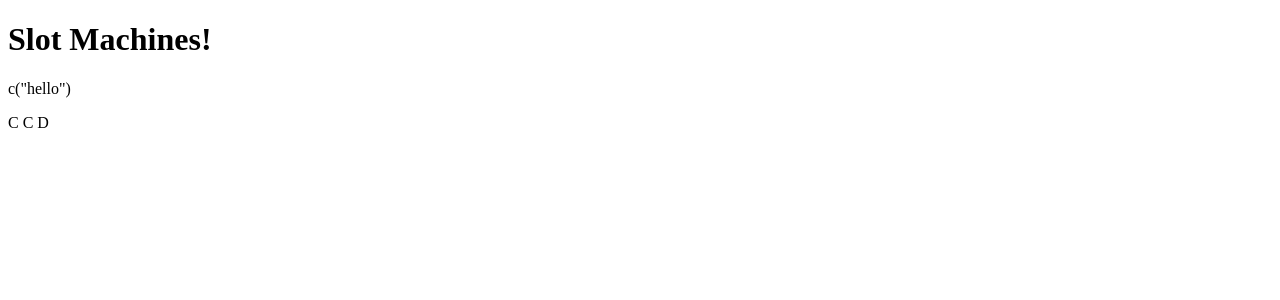
Repository: randy918/colt-react
Page: index.html
An editor plug-in stored every save of this project. The page is shown before and after a run of saves, followed by the edit.
The browser window is 1280 px wide. The pictures show the whole page.

Above is the page before, as saved 2023-01-30 20:14:10.

After the next 4 saves:
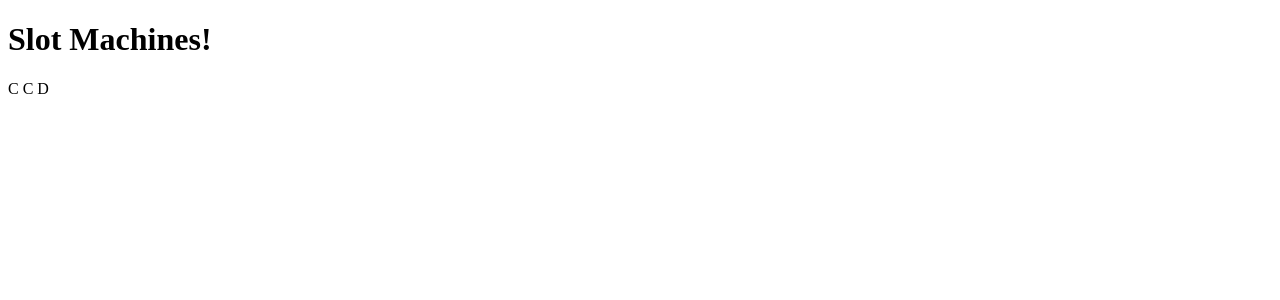
The 4 saves are shown as one change because they came seconds apart.
The last was saved 11 s later.
--- a/SlotMachine.js
+++ b/SlotMachine.js
@@ -19,7 +19,6 @@
 		return (
 			<div>
 				<h1>{sTitle}</h1>
-                c("hello")
 				<p>{s1} {s2} {s3}</p>
 			</div>
 		);
